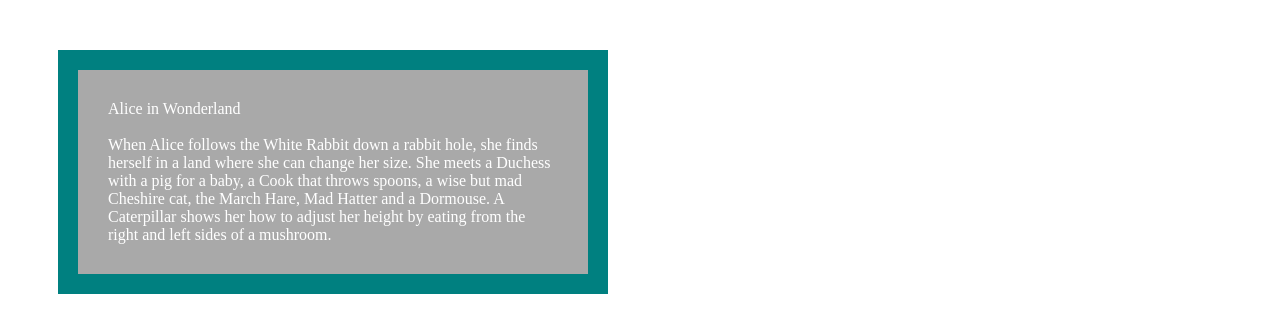
Repository: 753kg/753kg.github.io
Page: KOSTA/webProject/WebContent/day0401/ex02_21.html
These files come from the project's save history. The page is drawn as it stood at one moment and after the next save; the edit follows.
The browser window is 1280 px wide. The pictures show the whole page.

Above is the page before, as saved 2021-04-01 00:16:37.

### KOSTA/webProject/WebContent/day0401/ex02_21.html
<!DOCTYPE html>
<html>
<head>
<meta charset="UTF-8">
<title>Insert title here</title>
<style>
	div {
		background-color: darkgray;
		color: white;
		width: 450px;
		padding: 30px;
		border: 20px solid teal;
		margin: 50px;
	}
</style>
</head>
<body>
	<div>Alice in Wonderland<br><br>
		When Alice follows the White Rabbit down a rabbit hole, she finds herself in a land where she can change her size. She meets a Duchess with a pig for a baby, a Cook that throws spoons, a wise but mad Cheshire cat, the March Hare, Mad Hatter and a Dormouse. A Caterpillar shows her how to adjust her height by eating from the right and left sides of a mushroom.
	</div>
</body>
</html>

After the next save:
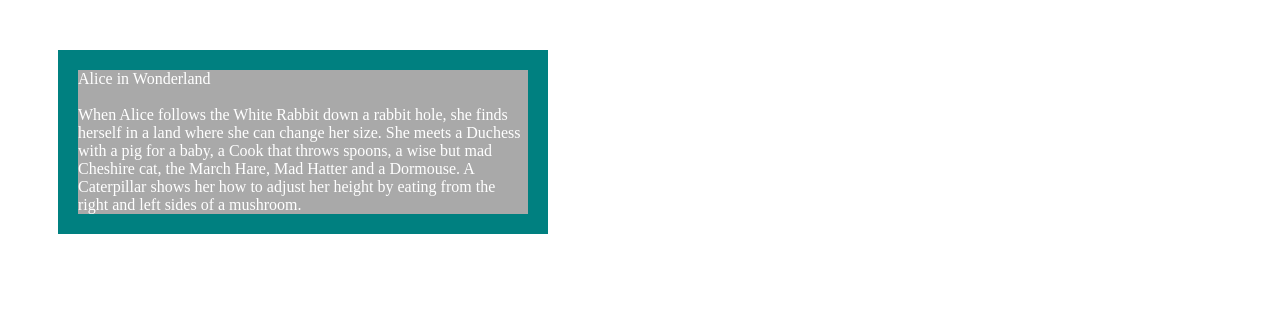
Saved 10 s later.
--- a/KOSTA/webProject/WebContent/day0401/ex02_21.html
+++ b/KOSTA/webProject/WebContent/day0401/ex02_21.html
@@ -8,7 +8,7 @@
 		background-color: darkgray;
 		color: white;
 		width: 450px;
-		padding: 30px;
+		/* padding: 30px; */
 		border: 20px solid teal;
 		margin: 50px;
 	}

After the save that followed:
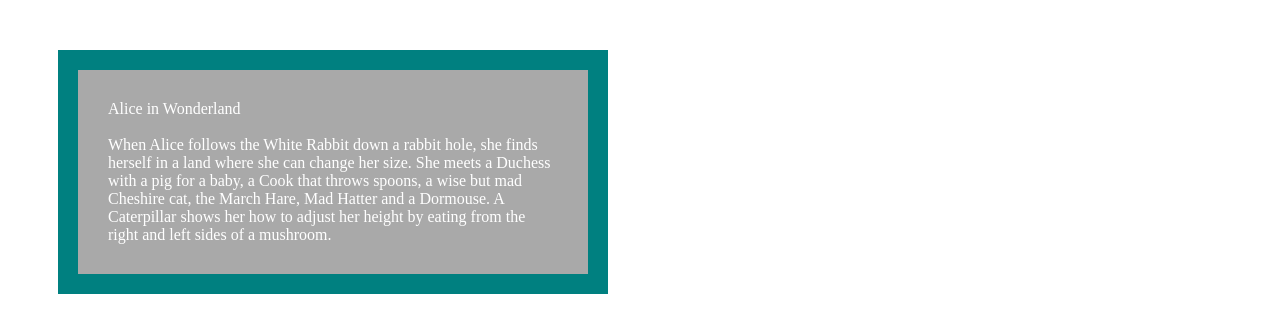
Saved 6 s later.
--- a/KOSTA/webProject/WebContent/day0401/ex02_21.html
+++ b/KOSTA/webProject/WebContent/day0401/ex02_21.html
@@ -8,7 +8,7 @@
 		background-color: darkgray;
 		color: white;
 		width: 450px;
-		/* padding: 30px; */
+		padding: 30px;
 		border: 20px solid teal;
 		margin: 50px;
 	}
